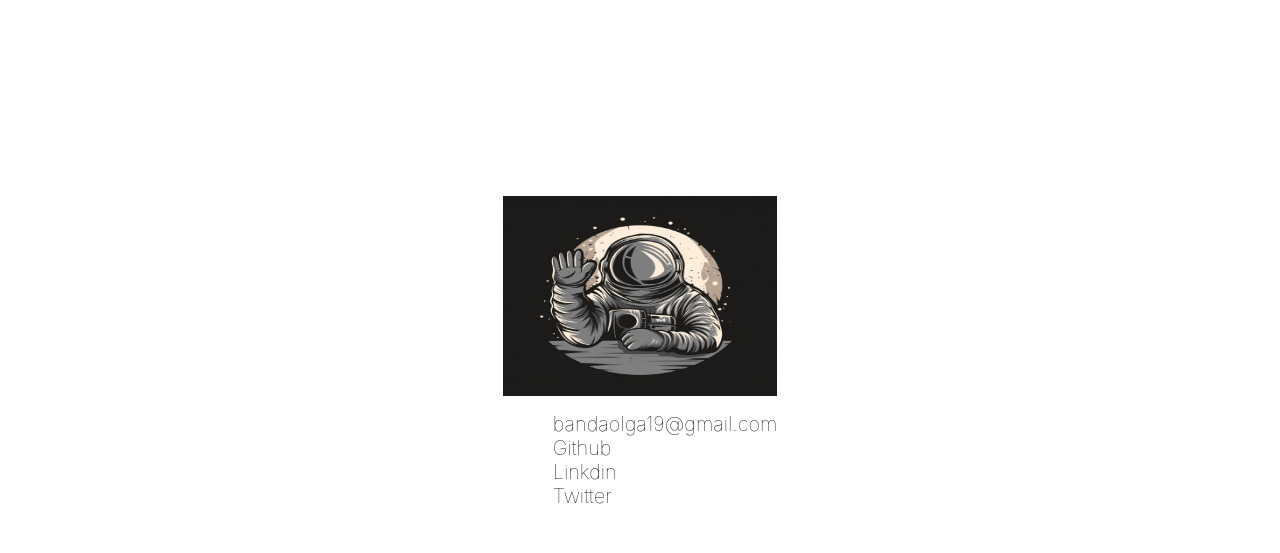
Repository: G1ft-Banda/My-portfolio-Website
Page: /
These files come from the project's save history. The page is drawn as it stood at one moment and after the next save; the edit follows.
The browser window is 1280 px wide. The pictures show the whole page.
The project was rebuilt for these pictures with package versions that can differ from the ones it lists, and the page was loaded fresh each time. The framework's server and built-in components were replaced by stand-ins that run in the browser. Also part of the build but not shown: next.config.js.

Above is the page before, as saved 2022-09-29 10:58:12.

### pages/_app.js
import "../styles/globals.css";
import Head from "next/head";

function MyApp({ Component, pageProps }) {
  return (
    <>
      <Head>
        <script
          src="https://kit.fontawesome.com/d14a45b8f3.js"
          crossorigin="anonymous"
        ></script>
      </Head>
      <Component {...pageProps} />
    </>
  );
}

export default MyApp;

### pages/index.js
import Head from "next/head";
import Image from "next/image";

export default function Home() {
  return (
    <div>
      <Head>
        <title>Create Next App</title>
        <meta name="description" content="Generated by create next app" />
        <link rel="icon" href="/favicon.ico" />
      </Head>
      <main>
        <Image
          className="avatar"
          src="/astronaut.jpg"
          width={200}
          height={200}
        />
        <ul>
          <li className="social-links">
            <i class="fa-solid fa-envelope"></i>
            <a href="#">bandaolga19@gmail.com</a>
          </li>
          <li className="social-links">
            <i class="fa-brands fa-github"></i>
            <a href="#">Github</a>
          </li>
          <li className="social-links">
            <i class="fa-brands fa-linkedin"></i>
            <a href="#">Linkdin</a>
          </li>
          <li className="social-links">
            <i class="fa-brands fa-twitter"></i>
            <a href="#">Twitter</a>
          </li>
        </ul>
      </main>
    </div>
  );
}

### styles/globals.css
html,
body {
  padding: 0;
  margin: 0;
  font-family: -apple-system, BlinkMacSystemFont, Segoe UI, Roboto, Oxygen,
    Ubuntu, Cantarell, Fira Sans, Droid Sans, Helvetica Neue, sans-serif;
}

a {
  color: inherit;
  text-decoration: none;
}

* {
  box-sizing: border-box;
}

main {
  min-width: 100vw;
  min-height: 100vh;
  display: grid;
  place-content: center;
}

.social-links {
  text-decoration: none;
  font-size: 20px;
  display: flex;
  gap: 10px;
  align-items: center;
  font-weight: 100;
}

.social-links > i {
  font-size: 25px;
  font-weight: 100;
}

@media (prefers-color-scheme: dark) {
  html {
    color-scheme: dark;
  }
  body {
    color: white;
    background: black;
  }
}

After the next save:
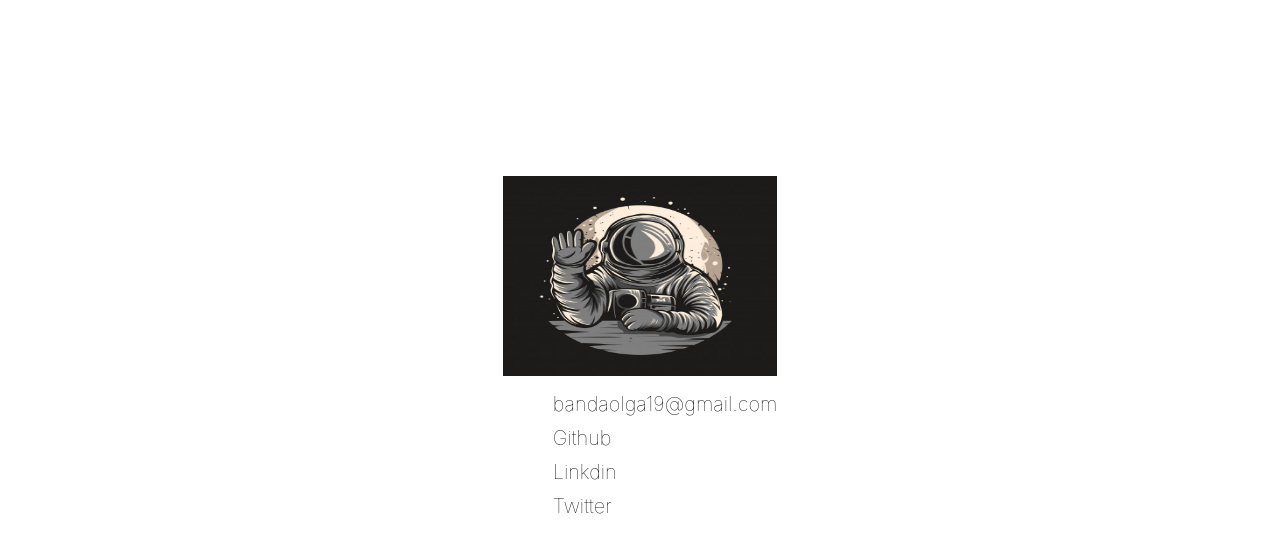
Saved 23 s later.
--- a/styles/globals.css
+++ b/styles/globals.css
@@ -29,6 +29,7 @@ main {
   gap: 10px;
   align-items: center;
   font-weight: 100;
+  padding-bottom: 10px;
 }
 
 .social-links > i {
